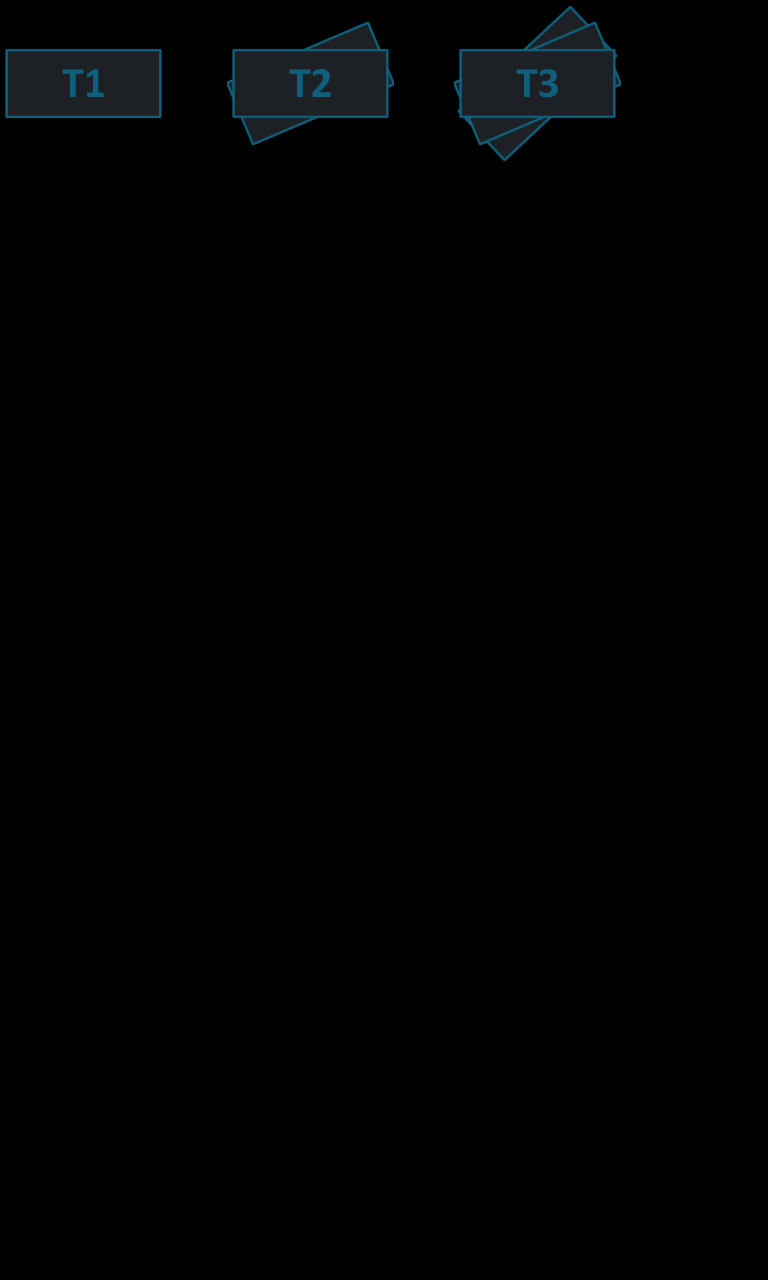
Repository: Nelspike/BusTicketer
Layout: PassengerMode/res/layout/fragment_show_tickets.xml
The author's editor kept a copy of each file at every save. The layout is drawn from the files as they stood at one save, then again after the next save.
It is drawn on a 768 x 1280 px phone screen (xhdpi) without system bars, with theme AppTheme; the app's code is not run.

Above is the layout before, as saved 2013-10-19 19:57:20.

After the next save:
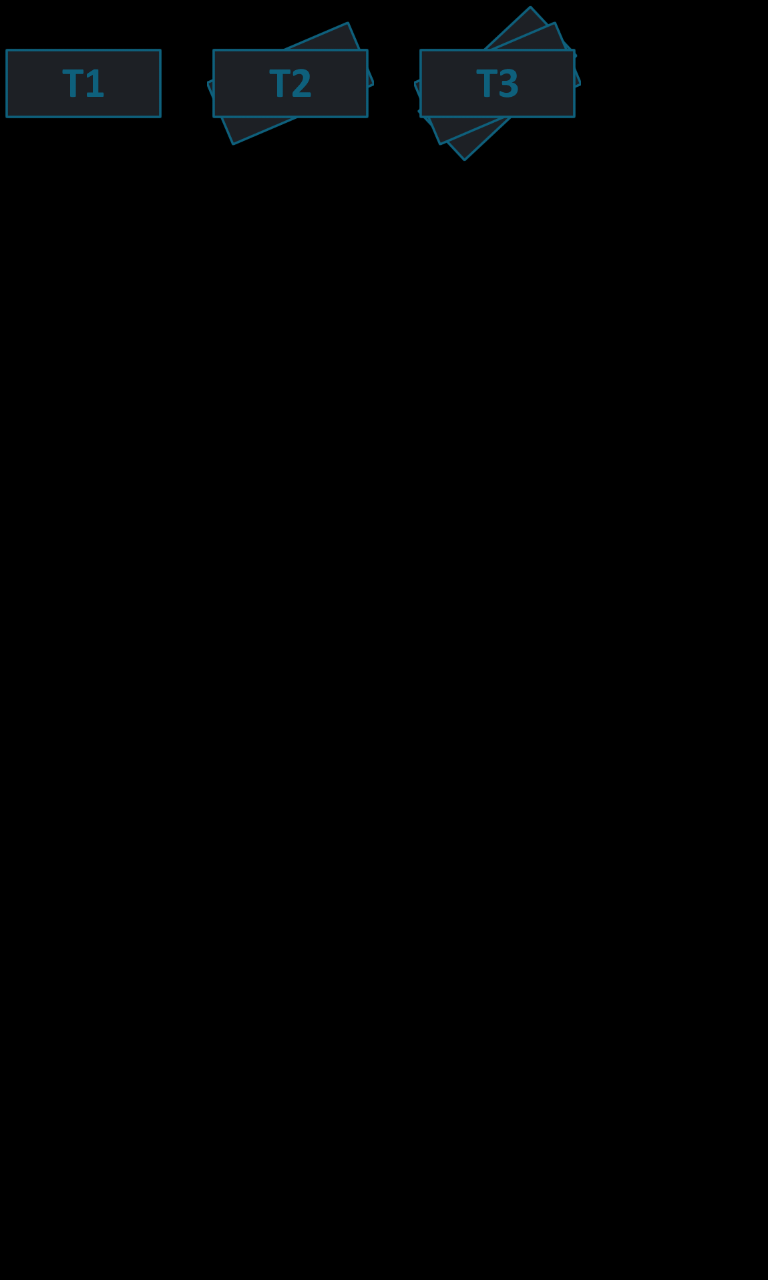
Saved 16 s later.
--- a/PassengerMode/res/layout/fragment_show_tickets.xml
+++ b/PassengerMode/res/layout/fragment_show_tickets.xml
@@ -11,15 +11,15 @@
 
 	    <RadioButton
 	        android:button="@drawable/t1"
-	        android:padding="15dp"/>
+	        android:padding="10dp"/>
 
 	    <RadioButton
 	        android:button="@drawable/t2"
-	        android:padding="15dp"/>
+	        android:padding="10dp"/>
 
 	    <RadioButton
 	        android:button="@drawable/t3"
-	        android:padding="15dp"/>
+	        android:padding="10dp"/>
 
 	</RadioGroup>
 
